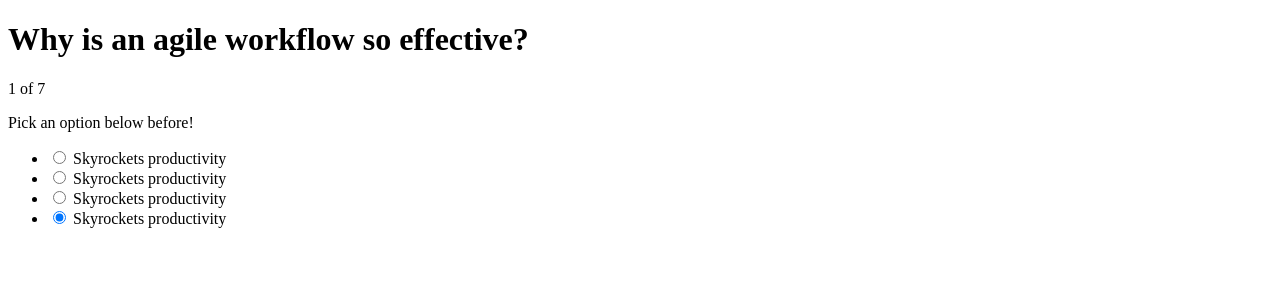
Repository: mukiSabljakovic/Quiz-APP
Page: index.html
These files come from the project's save history. The page is drawn as it stood at one moment and after the next save; the edit follows.
The browser window is 1280 px wide. The pictures show the whole page.

Above is the page before, as saved 2020-05-01 11:19:19.

After the next save:
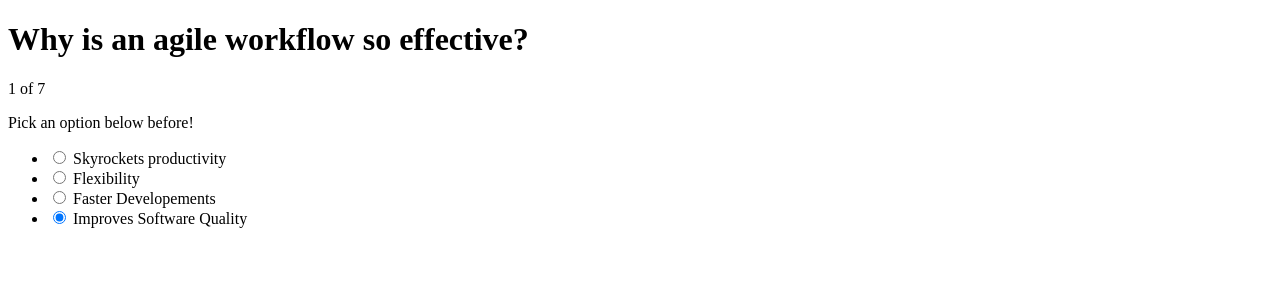
Saved 90 s later.
--- a/index.html
+++ b/index.html
@@ -34,21 +34,21 @@
                             <input type="radio" name="choice" id="choice0" class="jabquiz__input" checked>
                             <label for="choice0" class="jabquiz__label">
                                 <i></i>
-                                Skyrockets productivity
+                                Flexibility
                             </label>
                         </li>
                         <li class="jabquiz__choice">
                             <input type="radio" name="choice" id="choice0" class="jabquiz__input" checked>
                             <label for="choice0" class="jabquiz__label">
                                 <i></i>
-                                Skyrockets productivity
+                                Faster Developements
                             </label>
                         </li>
                         <li class="jabquiz__choice">
                             <input type="radio" name="choice" id="choice0" class="jabquiz__input" checked>
                             <label for="choice0" class="jabquiz__label">
                                 <i></i>
-                                Skyrockets productivity
+                                Improves Software Quality
                             </label>
                         </li>
 
